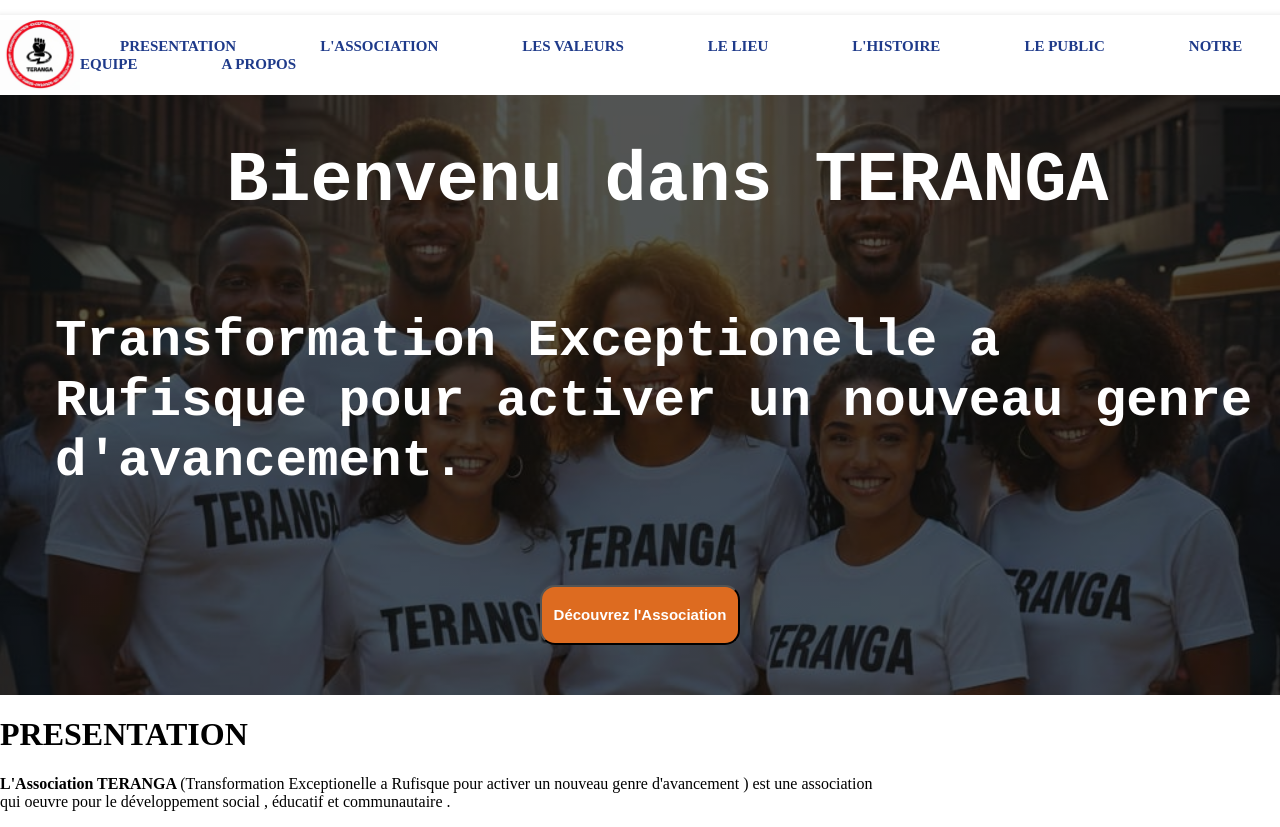
Repository: assanendao171/projet-teranga
Page: presentation.html
The author's editor kept a copy of each file at every save. The page is drawn from the files as they stood at one save, then again after the next save.
The browser window is 1280 px wide. The pictures show the whole page.

Above is the page before, as saved 2026-02-11 13:10:17.

### presentation.html
<!DOCTYPE html>
<html lang="en">
<head>
    <meta charset="UTF-8">
    <meta name="viewport" content="width=device-width, initial-scale=1.0">
    <title>Document</title>
    <link rel="stylesheet" href="presentation.css">
</head>
<body>
<!-- l'entete -->
 <header>
        <!-- logo -->
<img src="image/logo.jpeg" alt="" class="logo">
<div class="btn-nav">

    <nav>

<a href="presentation.html" target="_blank">PRESENTATION</a>
<a href="association.html" target="_blank">L'ASSOCIATION</a>
<a href="valeur.html" target="_blank">LES VALEURS</a>
<a href="lieu.html" target="_blank">LE LIEU</a>
<a href="histoire.html" target="_blank">L'HISTOIRE</a>
<a href="public.html" target="_blank">LE PUBLIC</a>
<a href="equipe.html" target="_blank">NOTRE EQUIPE</a>
<a href="propos.html" target="_blank">A PROPOS</a>
    </nav>
</div>
 </header>
 <!-- le hero -->
  <div class="hero">
<div class="texte-accrosse">
    <h1>Bienvenu dans TERANGA</h1>
    <h2>Transformation Exceptionelle a Rufisque pour activer un nouveau genre d'avancement.</h2>
</div>
<!-- btn-hero -->
 <div class="btn">
<button class="btn-hero">Découvrez l'Association</button>
</div>
  </div>
 <!-- le corps -->
  <main>
    <h1>PRESENTATION</h1>
    <p><strong>L'Association TERANGA </strong> (Transformation Exceptionelle a Rufisque pour activer un nouveau genre d'avancement ) est une association <br>
    qui oeuvre pour le développement social , éducatif et communautaire . </p>
  </main>
  <!-- le pieds -->
   <footer></footer>
</body>
</html>

### presentation.css
body{
    margin: 15px 0 5px 0;
}
header{
width: 100%;
height: 80px;
background-color: #FFFFFF;
box-shadow: 2px 6px 6px 6px rgba(0, 0, 0, 0.1);
display: flex;
align-items: center;
justify-content: center;
}
nav a{
    margin: 40px;
    color: #1E3A8A;
    text-decoration: none;
    font-size: 15px;
    font-weight:900;
}
nav a:hover{
    text-decoration: underline;
}
.logo{
    width: 80px;
left: 10px;
}
.hero{
  width:100%;
  height:600px ;
  background-image:
    linear-gradient(rgba(0, 0, 0, 0.6), rgba(0, 0, 0, 0.6)),
    url("image/background.jpeg");
  background-size: cover;
  background-position: top;
  background-repeat: no-repeat;
}
.texte-accrosse{
display: flex;
flex-direction: column;
justify-content: center;
align-items: center;
color: rgb(255, 255, 255);
font-size: 35px;
font-family: 'Courier New', Courier, monospace;
margin-left: 55px;
}
.btn-hero{
width: 200px;
height: 60px;
border-radius: 15px;
background-color: #DD6B20;
color: #FFFFFF;
font-size: 15px;
font-weight: 600;
}
.btn{
    padding: 50px;
    display: flex;
    flex-direction: column;
    justify-content: center;
    align-items: center;
}

After the next save:
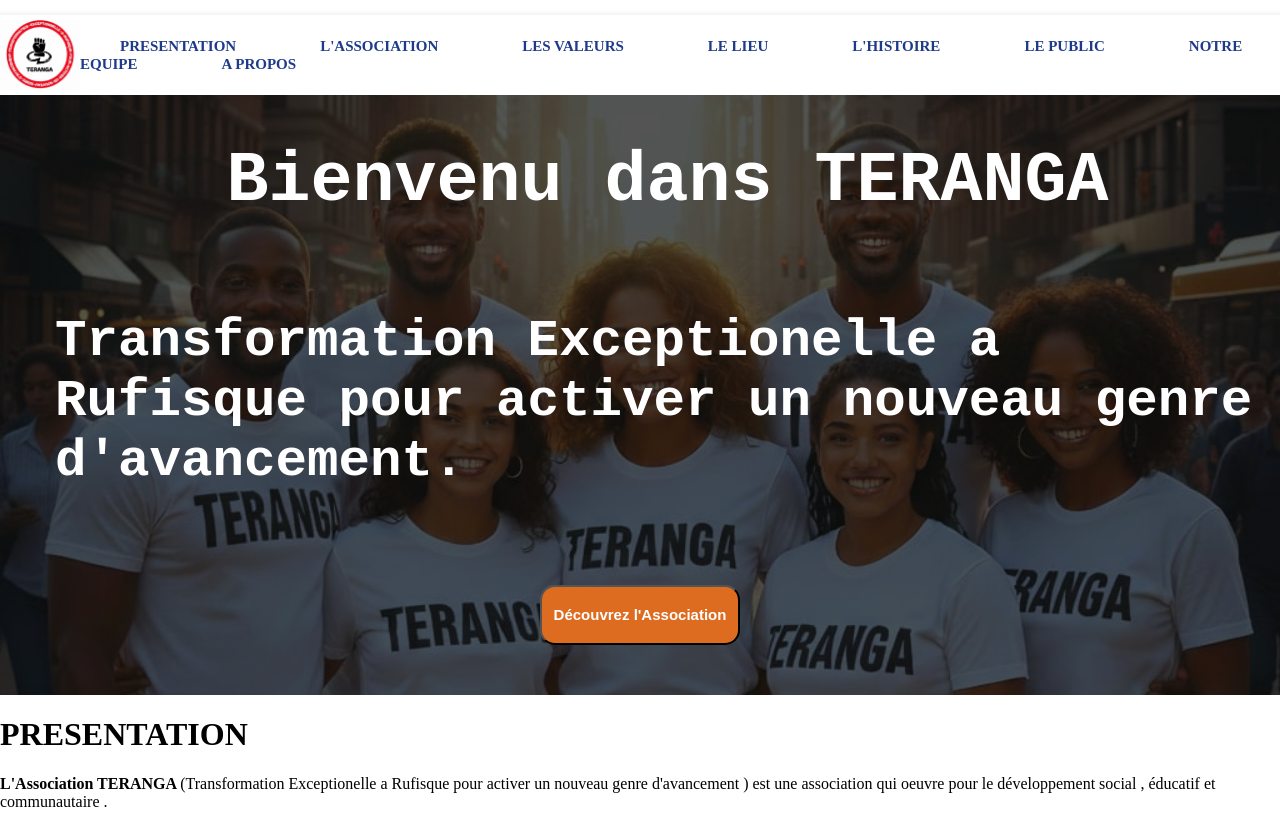
Saved 21 s later.
--- a/presentation.html
+++ b/presentation.html
@@ -40,7 +40,7 @@
  <!-- le corps -->
   <main>
     <h1>PRESENTATION</h1>
-    <p><strong>L'Association TERANGA </strong> (Transformation Exceptionelle a Rufisque pour activer un nouveau genre d'avancement ) est une association <br>
+    <p><strong>L'Association TERANGA </strong> (Transformation Exceptionelle a Rufisque pour activer un nouveau genre d'avancement ) est une association
     qui oeuvre pour le développement social , éducatif et communautaire . </p>
   </main>
   <!-- le pieds -->
